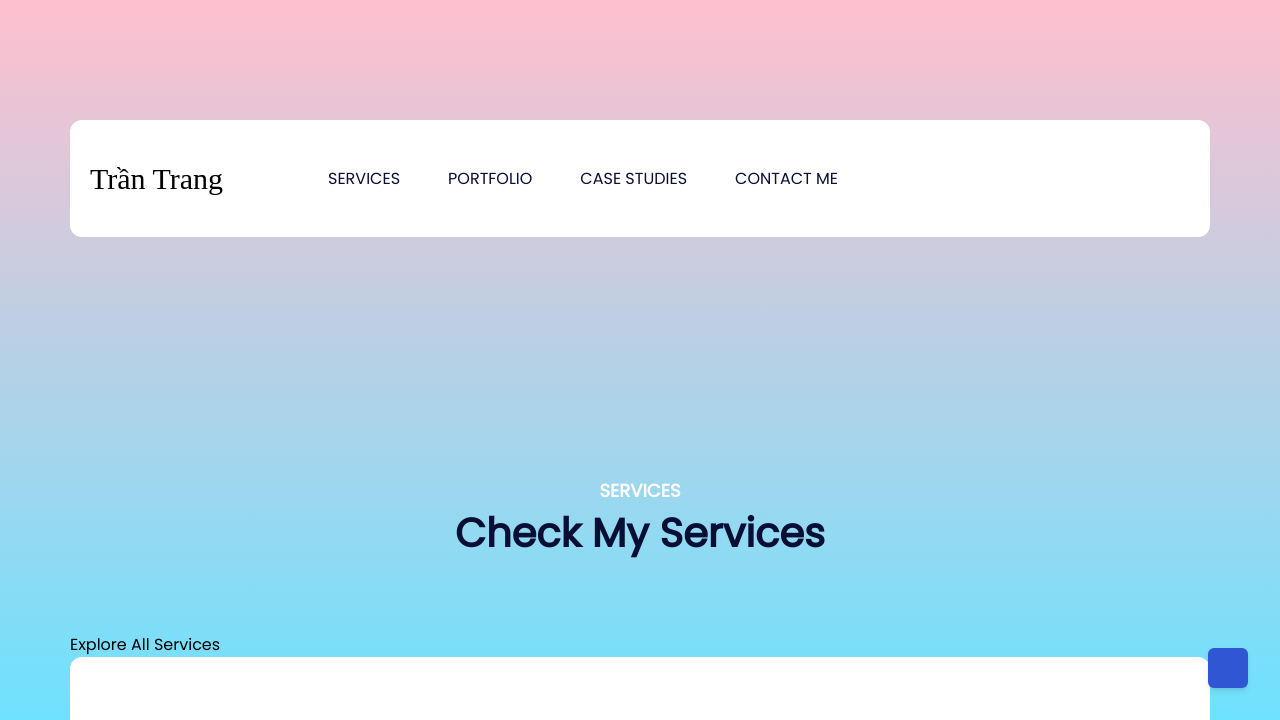
Repository: trantrang2101/CV
Page: index.html
An editor plug-in stored every save of this project. The page is shown before and after the next save, followed by the edit.
The browser window is 1280 px wide. The pictures show the whole page.
An inner scrolling area shows only its first screen. Some web fonts or font styles are not loaded; a fallback is used.

Above is the page before, as saved 2022-07-13 19:45:15.
Console error: TypeError: Cannot read properties of null (reading 'offsetTop')

After the next save:
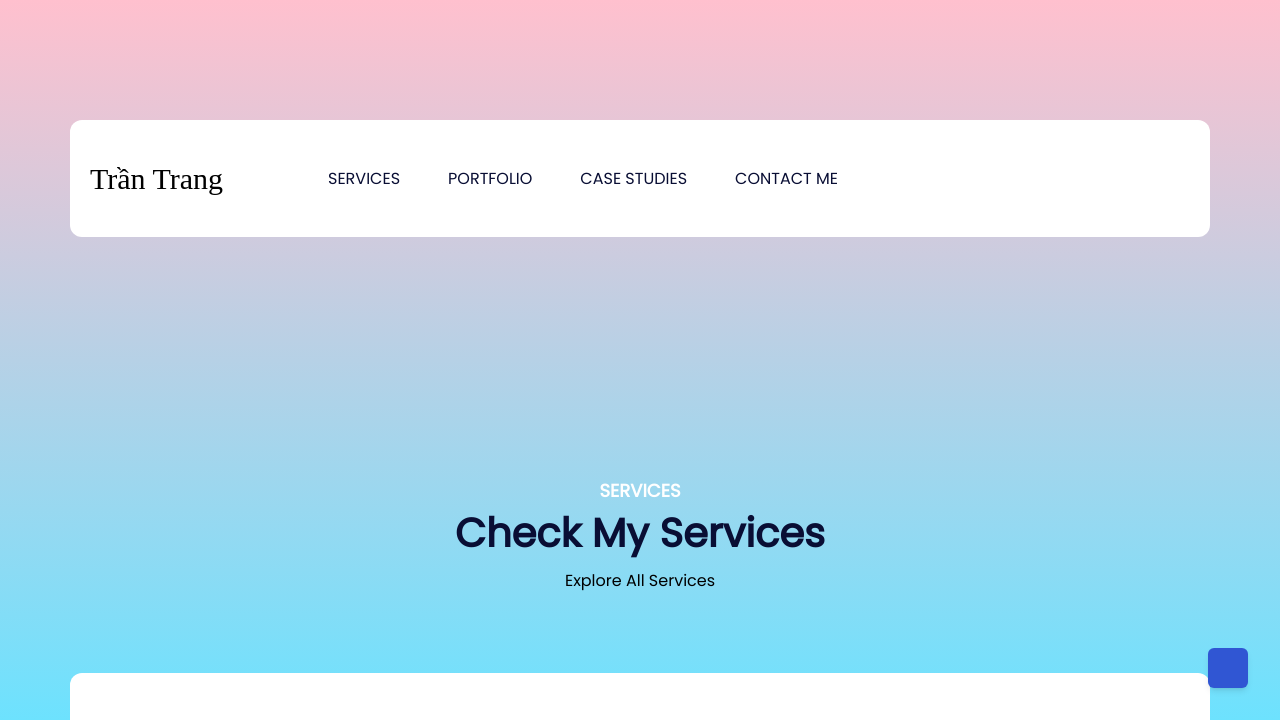
Saved 12 s later.
--- a/index.html
+++ b/index.html
@@ -84,8 +84,8 @@
                         <h2 class="font-bold text-3xl sm:text-4xl md:text-[40px] text-dark mb-4">
                             Check My Services
                         </h2>
+                        <a class="text-slat-400 ">Explore All Services</a>
                     </div>
-                    <a class="text-slat-400 ">Explore All Services</a>
                 </div>
             </div>
 

After the save that followed:
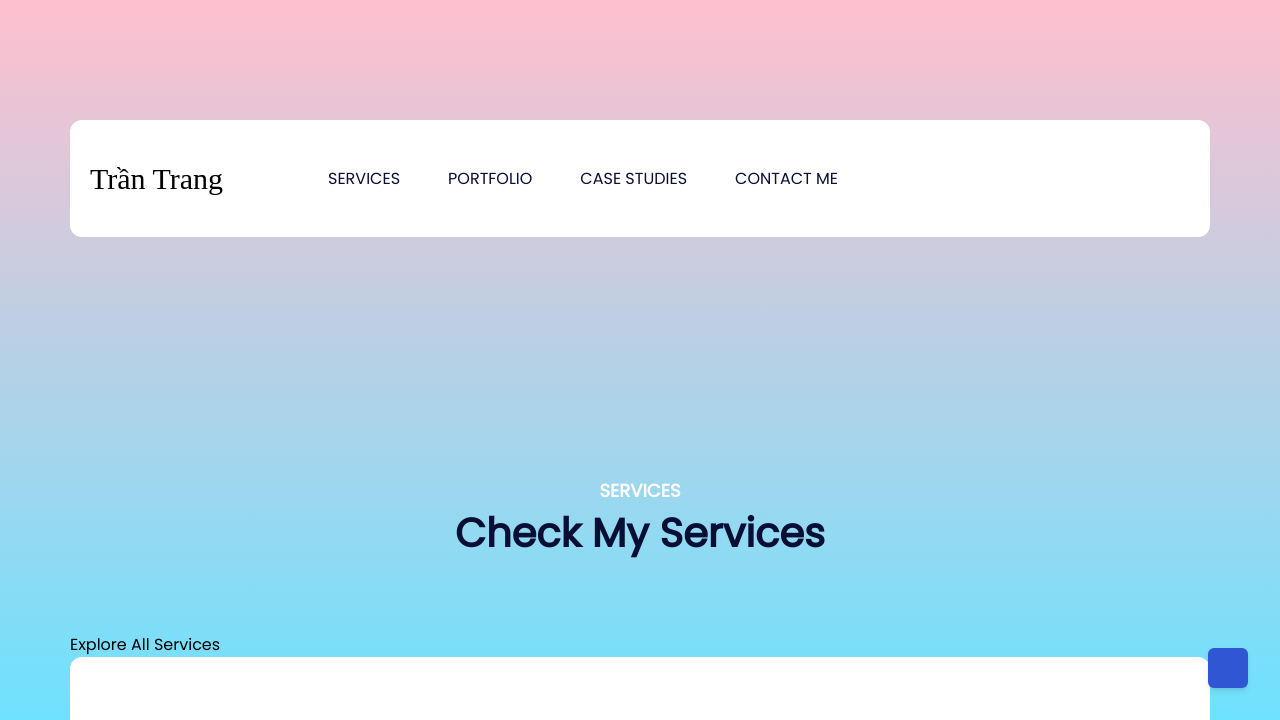
Saved 5 s later.
--- a/index.html
+++ b/index.html
@@ -84,8 +84,8 @@
                         <h2 class="font-bold text-3xl sm:text-4xl md:text-[40px] text-dark mb-4">
                             Check My Services
                         </h2>
-                        <a class="text-slat-400 ">Explore All Services</a>
                     </div>
+                    <a class="text-slat-400 ">Explore All Services</a>
                 </div>
             </div>
 
